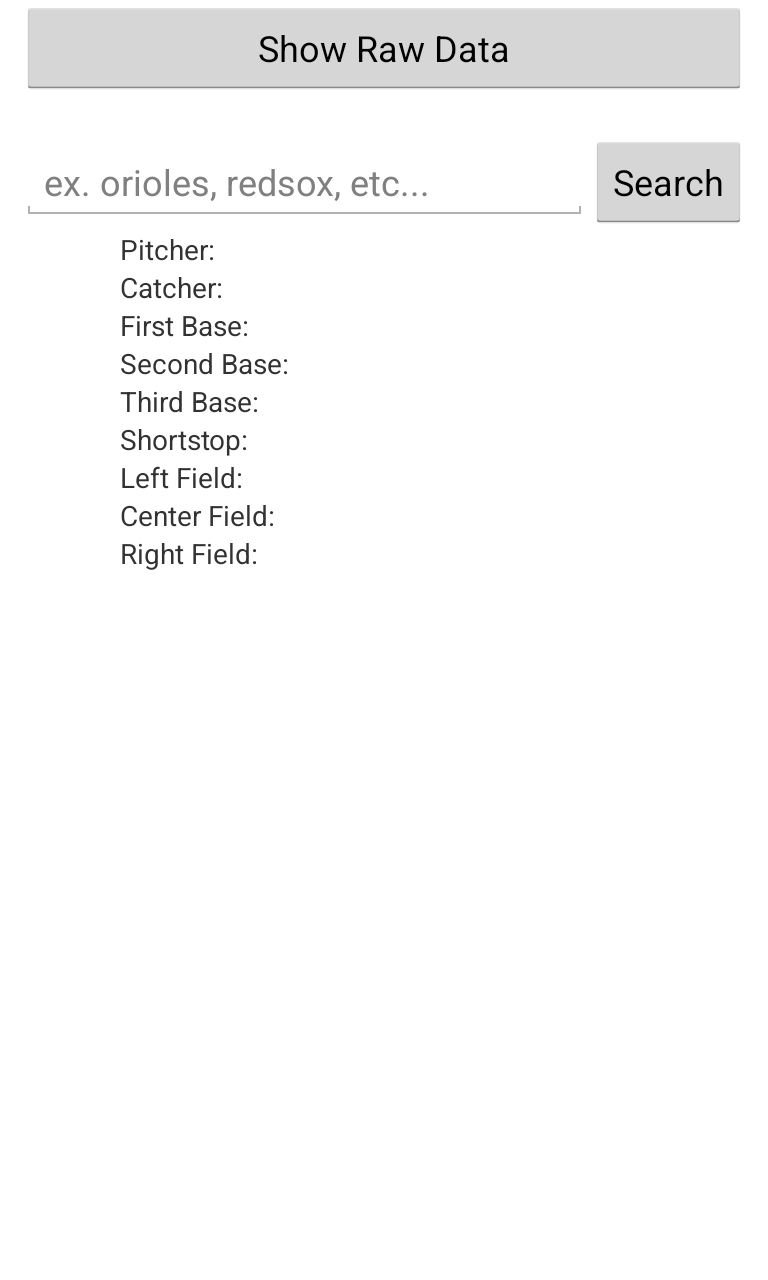
Repository: jemcphe/java1
Layout: teamG.M./TeamGM/res/layout/applayout.xml
An editor plug-in stored every save of this project. The layout is shown before and after the next save, followed by the edit.
It is drawn on a 768 x 1280 px phone screen (xhdpi) without system bars, with theme AppTheme; the app's code is not run.

Above is the layout before, as saved 2013-05-27 05:32:10.

After the next save:
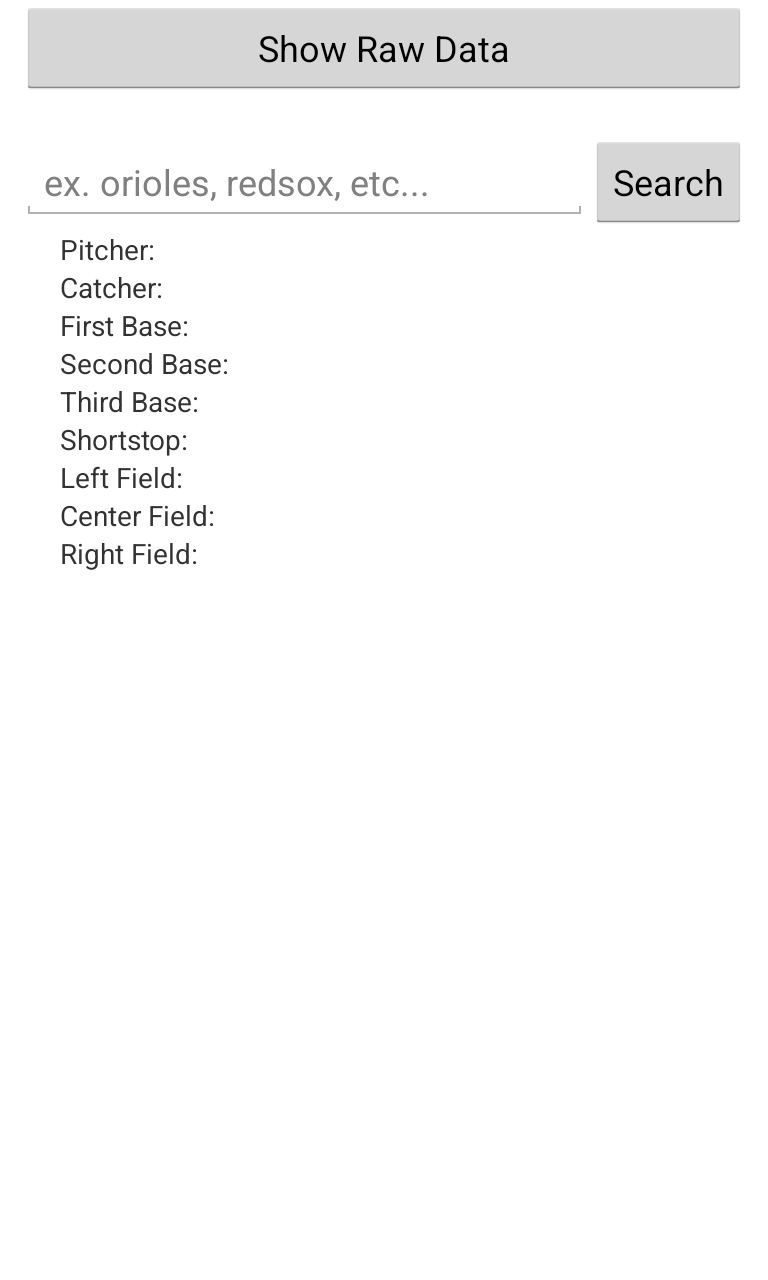
Saved 38 s later.
--- a/teamG.M./TeamGM/res/layout/applayout.xml
+++ b/teamG.M./TeamGM/res/layout/applayout.xml
@@ -51,7 +51,7 @@
         android:layout_width="match_parent"
         android:layout_height="wrap_content"
         android:orientation="vertical"
-        android:paddingLeft="50dp" >
+        android:paddingLeft="20dp" >
 
         <GridLayout
             android:id="@+id/teamDisplay"
